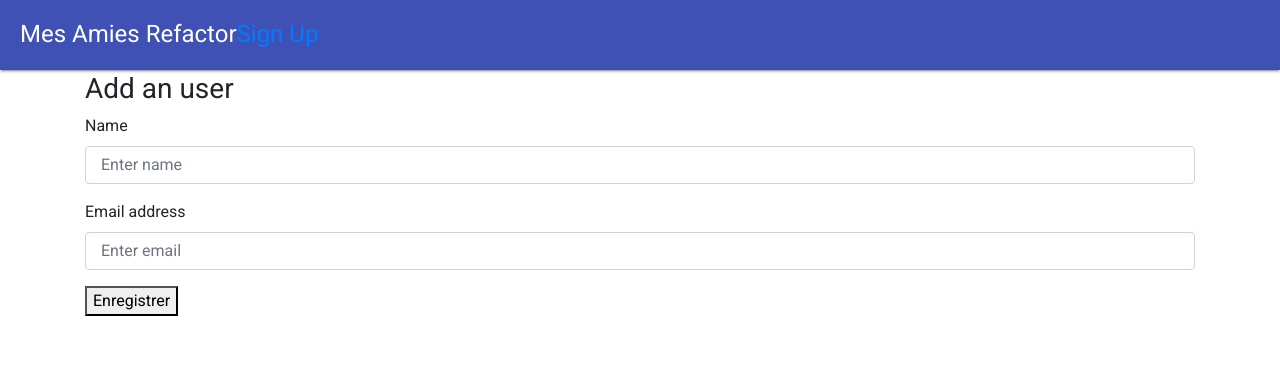
Repository: Symfomany/react-part2
Page: /signup
These files come from the project's save history. The page is drawn as it stood at one moment and after the next save; the edit follows.
The browser window is 1280 px wide. The pictures show the whole page.
The project was rebuilt for these pictures with package versions that can differ from the ones it lists, and the page was loaded fresh each time. Also part of the build but not shown: src/Formulaire.js, src/Item.css, src/Item.js, src/Liste.js, src/Loader.css, src/Loader.js, src/Main.js.

Above is the page before, as saved 2018-05-22 07:29:49.

### public/index.html
<!DOCTYPE html>
<html lang="en">

<head>
  <meta charset="utf-8">
  <meta name="viewport" content="width=device-width, initial-scale=1, shrink-to-fit=no">
  <meta name="theme-color" content="#000000">
  <!--
      manifest.json provides metadata used when your web app is added to the
      homescreen on Android. See https://developers.google.com/web/fundamentals/engage-and-retain/web-app-manifest/
    -->
  <link href="%PUBLIC_URL%/manifest.json" rel="manifest">
  <link href="%PUBLIC_URL%/favicon.ico" rel="shortcut icon">
  <!--
      Notice the use of %PUBLIC_URL% in the tags above.
      It will be replaced with the URL of the `public` folder during the build.
      Only files inside the `public` folder can be referenced from the HTML.

      Unlike "/favicon.ico" or "favicon.ico", "%PUBLIC_URL%/favicon.ico" will
      work correctly both with client-side routing and a non-root public URL.
      Learn how to configure a non-root public URL by running `npm run build`.
    -->
  <title>React App</title>
  <link href="https://stackpath.bootstrapcdn.com/bootstrap/4.1.1/css/bootstrap.min.css" rel="stylesheet">
  <link href="https://fonts.googleapis.com/icon?family=Material+Icons" rel="stylesheet">
  <link href="https://fonts.googleapis.com/css?family=Roboto" rel="stylesheet">

</head>

<body>
  <noscript>
    You need to enable JavaScript to run this app.
  </noscript>
  <div id="root"></div>
  <!--
      This HTML file is a template.
      If you open it directly in the browser, you will see an empty page.

      You can add webfonts, meta tags, or analytics to this file.
      The build step will place the bundled scripts into the <body> tag.

      To begin the development, run `npm start` or `yarn start`.
      To create a production bundle, use `npm run build` or `yarn build`.
    -->
</body>

</html>

### src/index.js
import React from "react";
import ReactDOM from "react-dom";
import "./index.css";
import Layout from "./Layout";
import registerServiceWorker from "./registerServiceWorker";

if (module.hot) {
  module.hot.accept();
}

ReactDOM.render(<Layout />, document.getElementById("root"));
registerServiceWorker();

### src/Layout.js
import React, { Component } from "react";
import Main from "./Main";
import Signup from "./Signup";
import { BrowserRouter, Route, Switch } from "react-router-dom";

class Layout extends Component {
  render() {
    return (
      <BrowserRouter>
        <Switch>
          <Route exact path="/" component={Main} />
          <Route path="/signup" component={Signup} />
        </Switch>
      </BrowserRouter>
    );
  }
}

export default Layout;

### src/Signup.js
import React, { Component } from "react";
import Heading from "./Heading";

class Signup extends Component {
  constructor(props) {
    super(props);
    this.state = {};
  }
  render() {
    return (
      <div>
        <Heading />
        <br />
        <br />
        <br />
        <form class="container">
          <h3>Add an user</h3>
          <div className="form-group">
            <label for="name">Name</label>
            <input
              type="text"
              className="form-control"
              id="name"
              aria-describedby="name"
              placeholder="Enter name"
            />
          </div>

          <div className="form-group">
            <label for="exampleInputEmail1">Email address</label>
            <input
              type="email"
              className="form-control"
              id="exampleInputEmail1"
              aria-describedby="emailHelp"
              placeholder="Enter email"
            />
          </div>

          <button type="submit">Enregistrer</button>
        </form>
      </div>
    );
  }
}

export default Signup;

### src/Heading.js
import React, { Component } from "react";
import "./Heading.css";
import { NavLink } from "react-router-dom";

class Heading extends Component {
  render() {
    return (
      <header>
        <h3 className="title">
          Mes Amies Refactor
          {this.props.nb > 0 && (
            <span className="badge">{this.props.nb} amis</span>
          )}
          <NavLink to="/signup">Sign Up</NavLink>
        </h3>
      </header>
    );
  }
}

export default Heading;

### src/Formulaire.css
input.form-control {
    -webkit-transition: all 0.3s ease-in-out;
    -moz-transition: all 0.3s ease-in-out;
    -ms-transition: all 0.3s ease-in-out;
    -o-transition: all 0.3s ease-in-out;
    outline: none;
    padding: 15px;
}

input.active {
    color: grey;
}

input.inactive:focus {
    color: orange;
}

form#friendsForm {
    margin-top: 20px;
    position: fixed;
    width: 100%;
    height: 245px;
    bottom: 0px;
    left: 0;
    background: white;
    padding-top: 15px;
    padding-left: 5%;
    padding-right: 5%;
    border-top: 1px solid #eee;
}

button.btn {
    padding: 15px;
    width: 200px;
    margin: 0 auto;
    width: 60%;
    margin-left: 20%;
}

### src/Liste.css
ul#liste {
  margin-top: 90px;
  overflow: auto;
  height: 624px;
}

h3.title {
  text-align: left;
  margin-top: 20px;
  margin-left: 20px;
  font-size: 1.5rem;
}

### src/Heading.css
header {
  width: 100%;
  background-color: rgb(63, 81, 181);
  position: absolute;
  left: 0;
  top: 0;
  height: 70px;
  color: white;
  box-shadow: 0 2px 2px 0 rgba(0, 0, 0, 0.14), 0 3px 1px -2px rgba(0, 0, 0, 0.2),
    0 1px 5px 0 rgba(0, 0, 0, 0.12);
}
.badge {
  float: right;
  padding-right: 30px;
}

Loaded but not shown: src/index.css (common file); src/registerServiceWorker.js (common file)

After the next save:
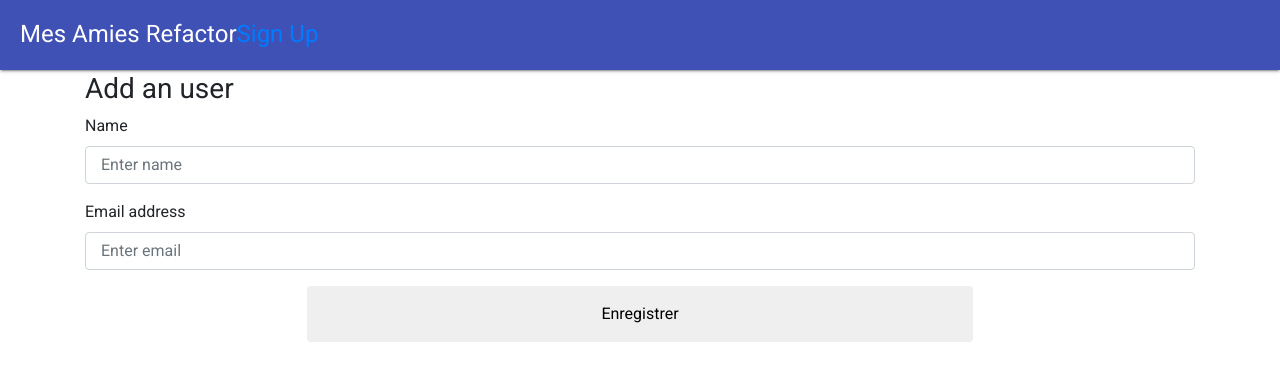
Saved 11 s later.
--- a/src/Signup.js
+++ b/src/Signup.js
@@ -37,7 +37,9 @@ class Signup extends Component {
             />
           </div>
 
-          <button type="submit">Enregistrer</button>
+          <button type="submit" class="btn">
+            Enregistrer
+          </button>
         </form>
       </div>
     );
